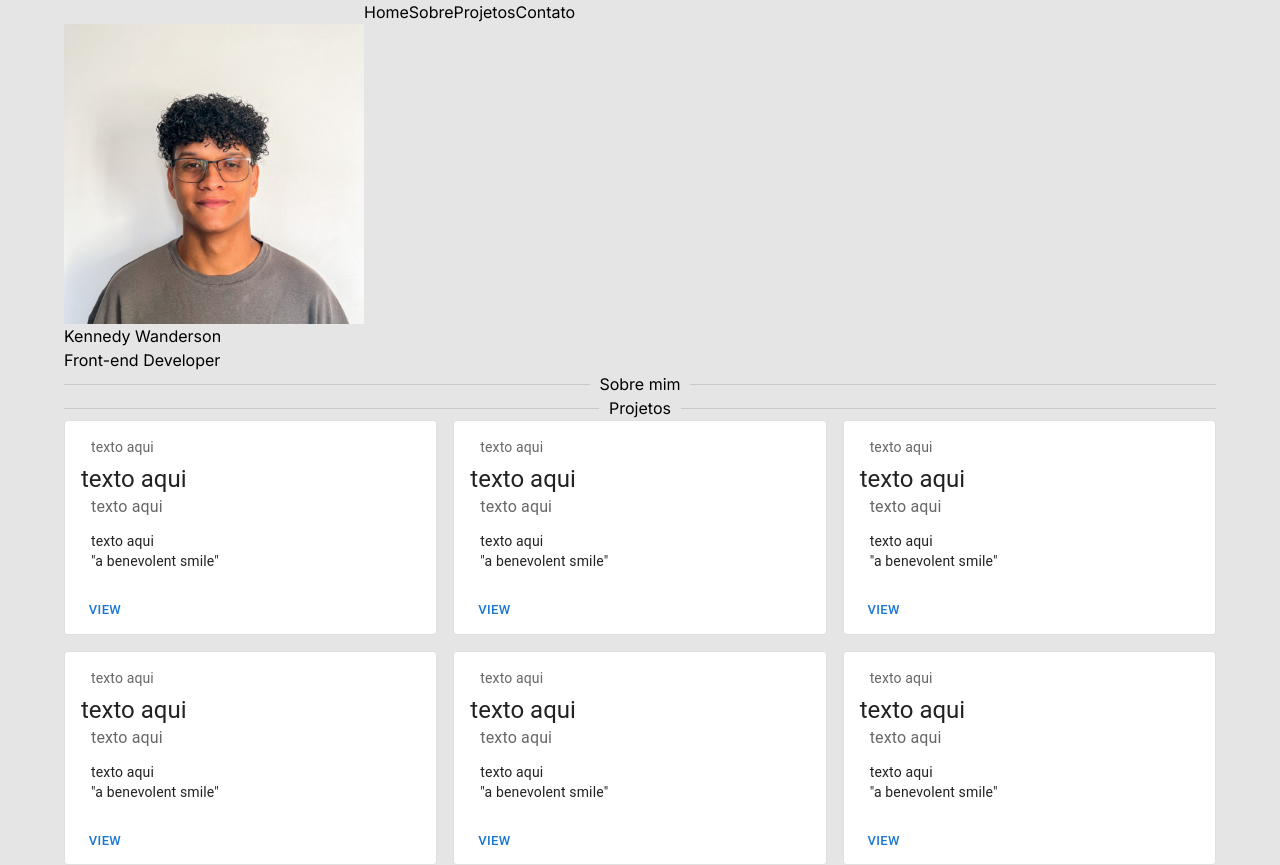
Repository: KennedyWanderson/landing
Page: /
These files come from the project's save history. The page is drawn as it stood at one moment and after the next save; the edit follows.
The browser window is 1280 px wide. The pictures show the whole page.
The page's requests for data from a server got no answer. The project was rebuilt for these pictures with package versions that can differ from the ones it lists, and the page was loaded fresh each time. The framework's server and built-in components were replaced by stand-ins that run in the browser. No one was signed in, and anything a server would have sent is missing. Also part of the build but not shown: next.config.js.

Above is the page before, as saved 2024-01-05 17:04:52.

### src/app/page.tsx
import Content from "@/Components/Content";

export default function Home() {
  return (
    <div>
      <Content />
    </div>
  )
}

### src/app/globals.css
@tailwind base;
@tailwind components;
@tailwind utilities;

:root {
  --foreground-rgb: 0, 0, 0;
  --background-start-rgb: 214, 219, 220;
  --background-end-rgb: 255, 255, 255;
}

@media (prefers-color-scheme: dark) {
  :root {
    --foreground-rgb: 255, 255, 255;
    --background-start-rgb: 0, 0, 0;
    --background-end-rgb: 0, 0, 0;
  }
}

@import url('https://fonts.googleapis.com/css?family=Bebas+Neue|Ubuntu|Raleway&display=swap');

* { box-sizing: border-box; }

body {
  height: 100vh;
  margin: 0;
  display: flex;
  align-items: center;
  justify-content: center;
  flex-wrap: wrap;
  background-color: #e5e5e5;
  font-family: ubuntu;
}

.container {
  width: 20%;
  min-width: 200px;
  max-width: 250px;
  height: 450px;
  float: left;
  margin: 0 10px;
}
.silhouette {
  position: relative;
  width: 100px;
  height: 100px;
  background-size: cover;
  margin: auto;
}
.silhouette .cover {
  position: absolute;
  top: 0;
  left: 0;
  width: 100%;
  height: 100%;
  background-size: cover;
}

.type {
   text-align: justify;
}

.card {
  background-color: white;
  height: calc(100% - 150px);
  align-self: center;
  border-radius: 10px;
  text-align: center;
  padding-top: 40%;
  box-shadow: 0px 0px 12px -1px black;
  margin: auto;
  overflow: hidden;
  position: relative;
}

h1 {
  font-family: Bebas Neue;
  letter-spacing: 2px;
  font-size: 30pt;
}

#Bulbasaur {
  background-image: url(https://assets.pokemon.com/assets/cms2/img/pokedex/full/001.png);
}
#Bulbasaur .cover {
  background-image: url(https://greensock.com/images/001-silhouette.png);
}

#Charmander {
  background-image: url(https://assets.pokemon.com/assets/cms2/img/pokedex/full/004.png);
}
#Charmander .cover {
  background-image: url(https://greensock.com/images/004-silhouette.png);
}

#Squirtle {
  background-image: url(https://assets.pokemon.com/assets/cms2/img/pokedex/detail/007.png);
}
#Squirtle .cover {
  background-image: url(https://greensock.com/images/007-silhouette.png);
}

.information {
  background-color: white;
  height: 100%;
  border-radius: 10px;
  position: absolute;
  top: 0;
  left: 0;
  z-index: 2;
  margin: auto;
  text-align: center;
}

#BulbasaurInfo {
  border-top: 10px solid #9Dcb58;
  border-bottom: 10px solid #9Dcb58;
}

#CharmanderInfo {
  border-top: 10px solid #FB7D34;
  border-bottom: 10px solid #FB7D34;
}

#SquirtleInfo {
  border-top: 10px solid #4993C2;
  border-bottom: 10px solid #4993C2;
}

h2 {
  text-align: center;
  padding-bottom: 10px;
}

#BulbasaurName {
  border-bottom: dashed 2px #9Dcb58;
}

#CharmanderName {
  border-bottom: dashed 2px #FB7D34;
}

#SquirtleName {
  border-bottom: dashed 2px #4993C2;
}

p {
  padding-left: 10px;
  padding-right: 10px;
  font-family: raleway;
  font-size: 10pt;
}

button {
  width: 60px;
  height: auto;
  border: none;
  color: white;
  border-radius: 10px;
  font-size: 10pt;
}

#grass {
  background-color: #9Dcb58;
}

#poison {
  background-color: #B881C8;
}

#fire {
  background-color: #FB7D34;
}

#water {
  background-color: #4993C2;
}

.instructions {
  width: 100%;
  text-align: center;
  font-size: 20pt;
  color: grey;
}
/* body {
  color: rgb(var(--foreground-rgb));
  background: linear-gradient(
      to bottom,
      transparent,
      rgb(var(--background-end-rgb))
    )
    rgb(var(--background-start-rgb));
} */

### src/Components/Content.tsx
import { Container } from "@mui/material";
import Header from "./Header";
import Image from "next/image";
import About from "./About";
import Grid from '@mui/material/Unstable_Grid2';
import Divider from '@mui/material/Divider';
import Projects from "./Projects";
import Contact from "./Contact";

export default function Content(){
    return(
        <Container>
            <Header />
            <Grid>
                <div className="flex flex-col items-center p-5 shadow-md rounded-xl bg-gray-100">
                    <div className="flex items-center justify-center tracking-wider space-x-6 ">
                        <Image className="rounded-full" src="/me.jpeg" alt="" width={300} height={300} />
                        <span className="font-bold font-mono no-italic text-2xl">Kennedy Wanderson <br></br> Front-end Developer</span>
                    </div>
                </div>
            </Grid>
            <Divider>Sobre mim</Divider>
            <Divider>Projetos</Divider>
            <div className="flex flex-col items-center">
                <About />
                {/* <Projects />
                <Contact /> */}
            </div>

        </Container>
    )
}

### src/Components/Header.tsx
import { Container } from "@mui/material";

export default function Header(){
    return(

        <Container maxWidth="sm">
            <div className="flex flex-col items-center m-5">
                <ul className="tracking-wider space-x-6">
                    <a href="#">
                        <span>Home</span>
                    </a>
                    <a href="#">
                        <span>Sobre</span>
                    </a>
                    <a href="#">
                        <span>Projetos</span>
                    </a>
                    <a href="#">
                        <span>Contato</span>
                    </a>
                </ul>
            </div>
        </Container>
    )
}

### src/Components/About.tsx
import * as React from 'react';
import Grid from '@mui/material/Grid';
import OutlinedCard from './Card';

export default function ResponsiveGrid() {
  return (
    <Grid container spacing={2}>
      {Array.from(Array(6)).map((_, index) => (
        <Grid item xs={12} sm={6} md={4} key={index}>
          <OutlinedCard />
        </Grid>
      ))}
    </Grid>
  );
}

### src/Components/Card.tsx
import * as React from 'react';
import Box from '@mui/material/Box';
import Card from '@mui/material/Card';
import CardActions from '@mui/material/CardActions';
import CardContent from '@mui/material/CardContent';
import Button from '@mui/material/Button';
import Typography from '@mui/material/Typography';

interface AboutProps {
    text: string;
    icone?: any;
    url?: string;
    className?: string;
    onClick?: (evento: any) => void;
}

function CardContentComponent(props: AboutProps) {
    return (
        <React.Fragment>
            <CardContent>
                <Typography sx={{ fontSize: 14 }} color="text.secondary" gutterBottom>
                    {props.text}
                </Typography>
                <Typography variant="h5" component="div">
                    {props.text}
                </Typography>
                <Typography sx={{ mb: 1.5 }} color="text.secondary">
                    {props.text}
                </Typography>
                <Typography variant="body2">
                    {props.text}
                    <br />
                    {'"a benevolent smile"'}
                </Typography>
            </CardContent>
            <CardActions>
                <Button size="small">View</Button>
            </CardActions>
        </React.Fragment>
    );
}

export default function OutlinedCard() {
    return (
        <Box sx={{ minWidth: 275 }}>
            <Card variant="outlined">
                {/* Chama o componente CardContentComponent dentro do Card */}
                <CardContentComponent text=" texto aqui" />
            </Card>
        </Box>
    );
}

Loaded but not shown: src/app/layout.tsx (common file); tailwind.config.ts (common file)

After the next save:
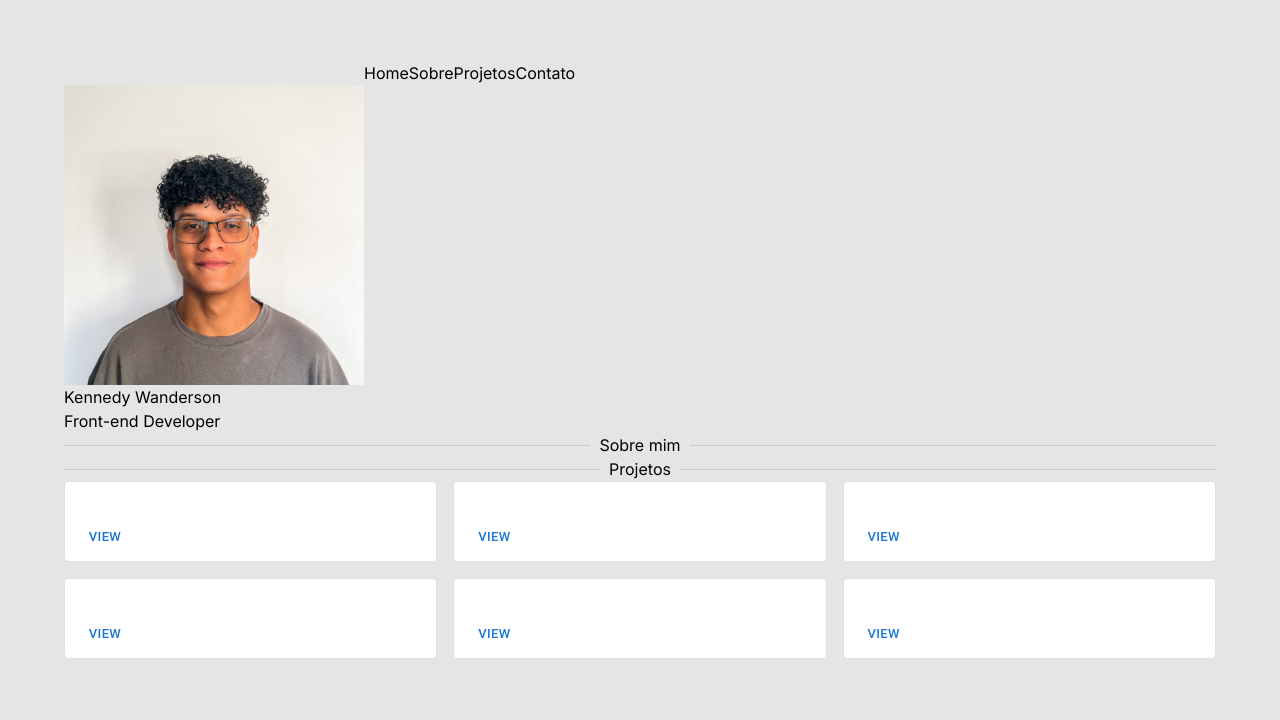
Saved 5 min 28 s later.
--- a/src/Components/Card.tsx
+++ b/src/Components/Card.tsx
@@ -15,23 +15,25 @@ interface AboutProps {
 }
 
 function CardContentComponent(props: AboutProps) {
+    const [htmlContent, setHtmlContent] = React.useState<string>('');
+
+    React.useEffect(() => {
+        // Carrega o conteúdo HTML do arquivo
+        fetch('caminho/do/seu/arquivo.html')
+            .then(response => response.text())
+            .then(data => {
+                setHtmlContent(data); // Define o conteúdo HTML lido do arquivo
+            })
+            .catch(error => {
+                console.error('Erro ao carregar o arquivo HTML', error);
+            });
+    }, []);
+
     return (
         <React.Fragment>
             <CardContent>
-                <Typography sx={{ fontSize: 14 }} color="text.secondary" gutterBottom>
-                    {props.text}
-                </Typography>
-                <Typography variant="h5" component="div">
-                    {props.text}
-                </Typography>
-                <Typography sx={{ mb: 1.5 }} color="text.secondary">
-                    {props.text}
-                </Typography>
-                <Typography variant="body2">
-                    {props.text}
-                    <br />
-                    {'"a benevolent smile"'}
-                </Typography>
+                {/* Renderiza o conteúdo HTML dentro do componente */}
+                <div dangerouslySetInnerHTML={{ __html: htmlContent }} />
             </CardContent>
             <CardActions>
                 <Button size="small">View</Button>
